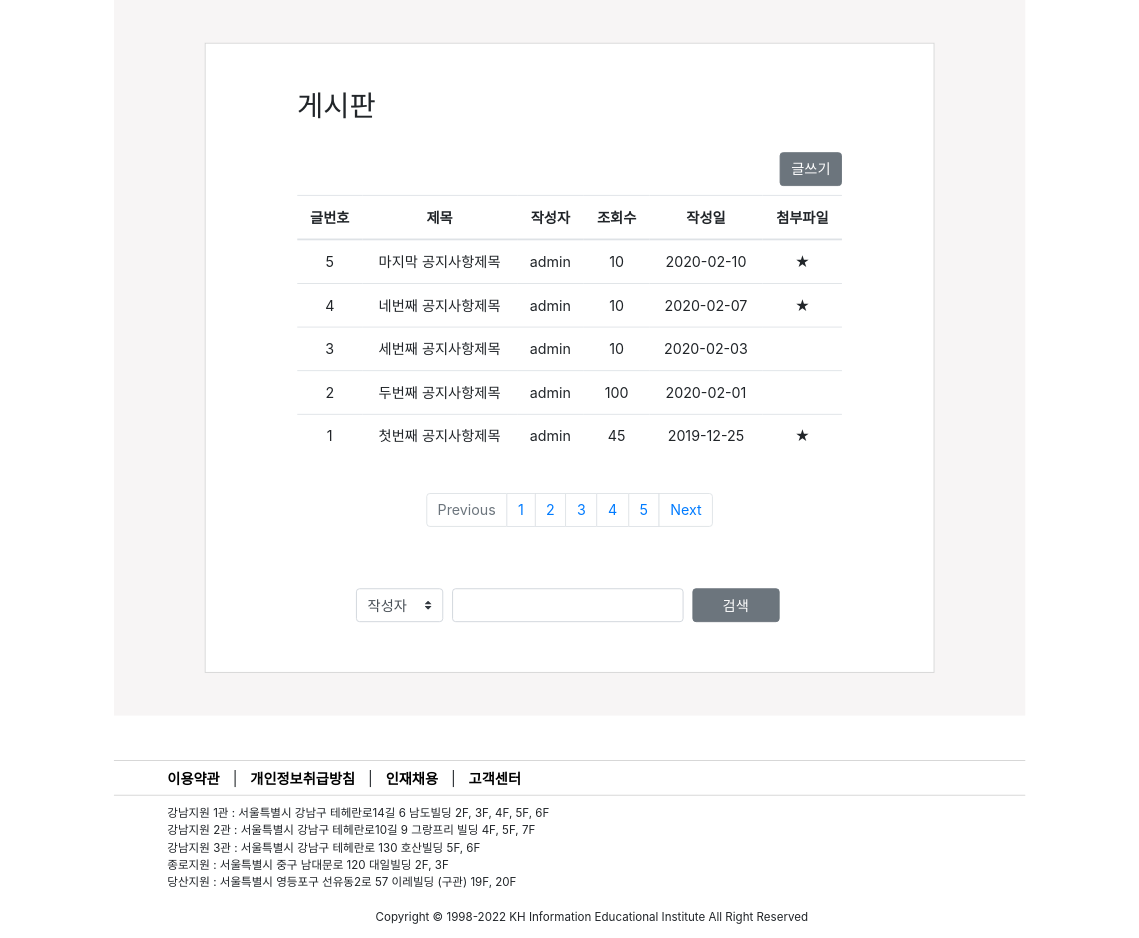
Repository: jsj0345/spring-member-board
Page: http://localhost/springProject/WEB-INF/views/board/boardListView.jsp
These files come from the project's save history. The page is drawn as it stood at one moment and after the next save; the edit follows.
The browser window is 1280 px wide. The pictures show the whole page, at 89% of full size.
Pictures or frames that could not be fetched are drawn as grey boxes. The page is served by Tomcat 9. Nobody is signed in. Other server files are loaded and not shown. The template is opened directly, without the code that normally fills it, so the values that code supplies are empty.

Above is the page before, as saved 2025-12-03 02:16:47.

### springProject/src/main/webapp/WEB-INF/views/board/boardListView.jsp
<%@ page language="java" contentType="text/html; charset=UTF-8"
    pageEncoding="UTF-8"%>
<!DOCTYPE html>
<html lang="en">
<head>
    <meta charset="UTF-8">
    <title>Document</title>
    <script src="https://ajax.googleapis.com/ajax/libs/jquery/3.4.1/jquery.min.js"></script>
    <link rel="stylesheet" href="https://maxcdn.bootstrapcdn.com/bootstrap/4.5.2/css/bootstrap.min.css">
    <script src="https://maxcdn.bootstrapcdn.com/bootstrap/4.5.2/js/bootstrap.min.js"></script>
    <style>
        .content {
            background-color:rgb(247, 245, 245);
            width:80%;
            margin:auto;
        }
        .innerOuter {
            border:1px solid lightgray;
            width:80%;
            margin:auto;
            padding:5% 10%;
            background-color:white;
        }

        #boardList {text-align:center;}
        #boardList>tbody>tr:hover {cursor:pointer;}

        #pagingArea {width:fit-content; margin:auto;}

        #searchForm {
            width:80%;
            margin:auto;
        }
        #searchForm>* {
            float:left;
            margin:5px;
        }
        .select {width:20%;}
        .text {width:53%;}
        .searchBtn {width:20%;}
    </style>
</head>
<body>

    <jsp:include page="" />

    <div class="content">
        <br><br>
        <div class="innerOuter" style="padding:5% 10%;">
            <h2>게시판</h2>
            <br>
            <!-- 로그인 후 상태일 경우만 보여지는 글쓰기 버튼 -->
            <a class="btn btn-secondary" style="float:right;" href="">글쓰기</a>
            <br>
            <br>
            <table id="boardList" class="table table-hover" align="center">
                <thead>
                    <tr>
                        <th>글번호</th>
                        <th>제목</th>
                        <th>작성자</th>
                        <th>조회수</th>
                        <th>작성일</th>
                        <th>첨부파일</th>
                    </tr>
                </thead>
                <tbody>
                    <tr>
                        <td>5</td>
                        <td>마지막 공지사항제목</td>
                        <td>admin</td>
                        <td>10</td>
                        <td>2020-02-10</td>
                        <td>★</td>
                    </tr>
                    <tr>
                        <td>4</td>
                        <td>네번째 공지사항제목</td>
                        <td>admin</td>
                        <td>10</td>
                        <td>2020-02-07</td>
                        <td>★</td>
                    </tr>
                    <tr>
                        <td>3</td>
                        <td>세번째 공지사항제목</td>
                        <td>admin</td>
                        <td>10</td>
                        <td>2020-02-03</td>
                        <td></td>
                    </tr>
                    <tr>
                        <td>2</td>
                        <td>두번째 공지사항제목</td>
                        <td>admin</td>
                        <td>100</td>
                        <td>2020-02-01</td>
                        <td></td>
                    </tr>
                    <tr>
                        <td>1</td>
                        <td>첫번째 공지사항제목</td>
                        <td>admin</td>
                        <td>45</td>
                        <td>2019-12-25</td>
                        <td>★</td>
                    </tr>
                </tbody>
            </table>
            <br>

            <div id="pagingArea">
                <ul class="pagination">
                    <li class="page-item disabled"><a class="page-link" href="#">Previous</a></li>
                    <li class="page-item"><a class="page-link" href="#">1</a></li>
                    <li class="page-item"><a class="page-link" href="#">2</a></li>
                    <li class="page-item"><a class="page-link" href="#">3</a></li>
                    <li class="page-item"><a class="page-link" href="#">4</a></li>
                    <li class="page-item"><a class="page-link" href="#">5</a></li>
                    <li class="page-item"><a class="page-link" href="#">Next</a></li>
                </ul>
            </div>

            <br clear="both"><br>

            <form id="searchForm" action="" method="get" align="center">
                <div class="select">
                    <select class="custom-select" name="condition">
                        <option value="writer">작성자</option>
                        <option value="title">제목</option>
                        <option value="content">내용</option>
                    </select>
                </div>
                <div class="text">
                    <input type="text" class="form-control" name="keyword">
                </div>
                <button type="submit" class="searchBtn btn btn-secondary">검색</button>
            </form>
            <br><br>
        </div>
        <br><br>

    </div>

    <jsp:include page="/WEB-INF/views/common/footer.jsp"/>

</body>
</html>

### springProject/src/main/webapp/WEB-INF/views/common/footer.jsp
<%@ page language="java" contentType="text/html; charset=UTF-8"
    pageEncoding="UTF-8"%>
<!DOCTYPE html>
<html lang="en">
<head>
    <meta charset="UTF-8">
    <title>Document</title>
    <style>
        /* div{border:1px solid red;} */
        #footer {
            width:80%;
            height:200px;
            margin:auto;
            margin-top:50px;
        }
        #footer-1 {
            width:100%;
            height:20%;
            border-top:1px solid lightgray;
            border-bottom:1px solid lightgray;
        }
        #footer-2 {width:100%; height:80%;}
        #footer-1, #footer-2 {padding-left:50px;}
        #footer-1>a {
            text-decoration:none;
            font-weight:600;
            margin:10px;
            line-height:40px;
            color:black;
        }
        #footer-2>p {
            margin:0;
            padding:10px;
            font-size:13px;
        }
        #p2 {text-align:center;}
    </style>
</head>
<body>
    <div id="footer">
        <div id="footer-1">
            <a href="#">이용약관</a> |
            <a href="#">개인정보취급방침</a> |
            <a href="#">인재채용</a> |
            <a href="#">고객센터</a>
        </div>

        <div id="footer-2">
            <p id="p1">
                강남지원 1관 : 서울특별시 강남구 테헤란로14길 6 남도빌딩 2F, 3F, 4F, 5F, 6F <br>
                강남지원 2관 : 서울특별시 강남구 테헤란로10길 9 그랑프리 빌딩 4F, 5F, 7F <br>
                강남지원 3관 : 서울특별시 강남구 테헤란로 130 호산빌딩 5F, 6F <br>
                종로지원 : 서울특별시 중구 남대문로 120 대일빌딩 2F, 3F <br>
                당산지원 : 서울특별시 영등포구 선유동2로 57 이레빌딩 (구관) 19F, 20F
            </p>
            <p id="p2">Copyright © 1998-2022 KH Information Educational Institute All Right Reserved</p>
        </div>
    </div>
</body>
</html>

### springProject/src/main/webapp/WEB-INF/views/common/menubar.jsp
<%@ page language="java" contentType="text/html; charset=UTF-8"
    pageEncoding="UTF-8"%>
<%@ taglib prefix="c" uri="http://java.sun.com/jsp/jstl/core" %>
<!DOCTYPE html>
<html lang="en">
<head>
    <meta charset="UTF-8">
    <title>Document</title>
    <!-- jQuery 라이브러리 -->
    <script src="https://ajax.googleapis.com/ajax/libs/jquery/3.4.1/jquery.min.js"></script>
    <!-- 부트스트랩에서 제공하고 있는 스타일 -->
    <link rel="stylesheet" href="https://maxcdn.bootstrapcdn.com/bootstrap/4.5.2/css/bootstrap.min.css">
    <!-- 부트스트랩에서 제공하고 있는 스크립트 -->
    <script src="https://maxcdn.bootstrapcdn.com/bootstrap/4.5.2/js/bootstrap.min.js"></script>
    <style>
        div {box-sizing:border-box;}
        #header {
            width:80%;
            height:100px;
            padding-top:20px;
            margin:auto;
        }
        #header>div {width:100%; margin-bottom:10px;}
        #header_1 {height:40%;}
        #header_2 {height:60%;}

        #header_1>div{
            height:100%;
            float:left;
        }
        #header_1_left {width:30%; position:relative;}
        #header_1_center {width:40%;}
        #header_1_right {width:30%;}

        #header_1_left>img {height:80%; position:absolute; margin:auto; top:0px; bottom:0px; right:0px; left:0px;}
        #header_1_right {text-align:center; line-height:35px; font-size:12px; text-indent:35px;}
        #header_1_right>a {margin:5px;}
        #header_1_right>a:hover {cursor:pointer;}

        #header_2>ul {width:100%; height:100%; list-style-type:none; margin:auto; padding:0;}
        #header_2>ul>li {float:left; width:25%; height:100%; line-height:55px; text-align:center;}
        #header_2>ul>li a {text-decoration:none; color:black; font-size:18px; font-weight:900;}

        #header_2 {border-top:1px solid lightgray;}

        #header a {text-decoration:none; color:black;}

        /* 세부페이지마다 공통적으로 유지할 style */
        .content {
            background-color:rgb(247, 245, 245);
            width:80%;
            margin:auto;
        }
        .innerOuter {
            border:1px solid lightgray;
            width:80%;
            margin:auto;
            padding:5% 10%;
            background-color:white;
        }

    </style>
</head>
<body>
    <c:if test="${not empty alertMsg}">
       <script>
          alert("${alertMsg}");
       </script>

       <c:remove var="alertMsg"/>

    </c:if>

    <c:set var="contextRoot" value="${pageContext.request.contextPath}"></c:set> <!-- 매번 컨텍스트 루트를 적긴 번거로우니 변수로 지정 -->
    <div id="header">
        <div id="header_1">
            <div id="header_1_left">
                <img src="https://www.iei.or.kr/resources/images/common/top_logo_s.jpg" alt="">
            </div>
            <div id="header_1_center"></div>
            <div id="header_1_right">
                <!-- 로그인 전 -->
               <c:choose>
                 <c:when test="${empty loginMember}">
                    <!-- 회원가입 페이지 이동 및 회원가입 처리 해보기
                         페이지 이동 메소드명 : enrollForm()
                         페이지 이동 매핑주소 : enrollForm.me
                         회원가입 요청 메소드명 : insertMember()
                         회원가입 요청 매핑주소 : insert.me

                         회원가입 처리시 나이를 꼭 입력할것 만약 입력하지 않은 경우 나는 400번 오류를
                         해결할 방법도 생각해보기

                         회원가입 성공시 : 메인페이지로 이동(재요청) 및 회원가입 성공! 메시지 alert 띄우기
                         회원가입 실패시 : 에러페이지로 이동(재요청) 및 회원가입 실패! 메시지 h1요소에 띄우기
                     -->

                	<a href="${contextRoot}/enrollForm.me">회원가입</a>
                	<a data-toggle="modal" data-target="#loginModal">로그인</a> <!-- 모달의 원리 : 이 버튼 클릭시 data-targer에 제시되어있는 해당 아이디의 div요소를 띄워줌 -->
                 </c:when>
                 <c:otherwise>
                 <!-- 로그인 후  -->
                    <lable>${loginMember.userName}님 환영합니다</label> &nbsp;&nbsp;
                    <a href="${contextRoot}/mypage.me">마이페이지</a>
                    <!-- 마이페이지 이동하기 -->
                    <a href="${contextRoot}/logout.me">로그아웃</a>
                    <!-- 로그아웃 처리 하기 메소드명 logout() / 매핑주소: logout.me / 처리 후 이전 경로로 이동되도록 처리하기 -->


                 </c:otherwise>
               </c:choose>
            </div>
        </div>
        <div id="header_2">
            <ul>
                <li><a href="${contextRoot}">HOME</a></li>
                <li><a href="">공지사항</a></li>
                <li><a href="">자유게시판</a></li>
                <li><a href="">사진게시판</a></li>
            </ul>
        </div>
    </div>

    <!-- 로그인 클릭 시 뜨는 모달 (기존에는 안보이다가 위의 a 클릭 시 보임) -->
    <div class="modal fade" id="loginModal">
        <div class="modal-dialog modal-sm">
            <div class="modal-content">
                <!-- Modal Header -->
                <div class="modal-header">
                    <h4 class="modal-title">Login</h4>
                    <button type="button" class="close" data-dismiss="modal">&times;</button>
                </div>

                <form action="${contextRoot}/login.me" method="post"> <!-- 쿼리스트링 노출 X (post 메서드) -->
                    <!-- Modal body -->
                    <div class="modal-body">
                        <label for="userId" class="mr-sm-2">ID : </label>
                        <input type="text" class="form-control mb-2 mr-sm-2" placeholder="Enter ID" id="userId" name="userId"> <br>
                        <label for="userPwd" class="mr-sm-2">Password : </label>
                        <input type="password" class="form-control mb-2 mr-sm-2" placeholder="Enter Password" id="userPwd" name="userPwd">
                    </div>

                    <!-- Modal footer -->
                    <div class="modal-footer">
                        <button type="submit" class="btn btn-primary">로그인</button> <!-- 로그인 버튼을 눌렀을때 form태그 post 방식 작동함. -->
                        <button type="button" class="btn btn-danger" data-dismiss="modal">취소</button>
                    </div>
                </form>
            </div>
        </div>

    </div>

    <br clear="both">
</body>
</html>

After the next save:
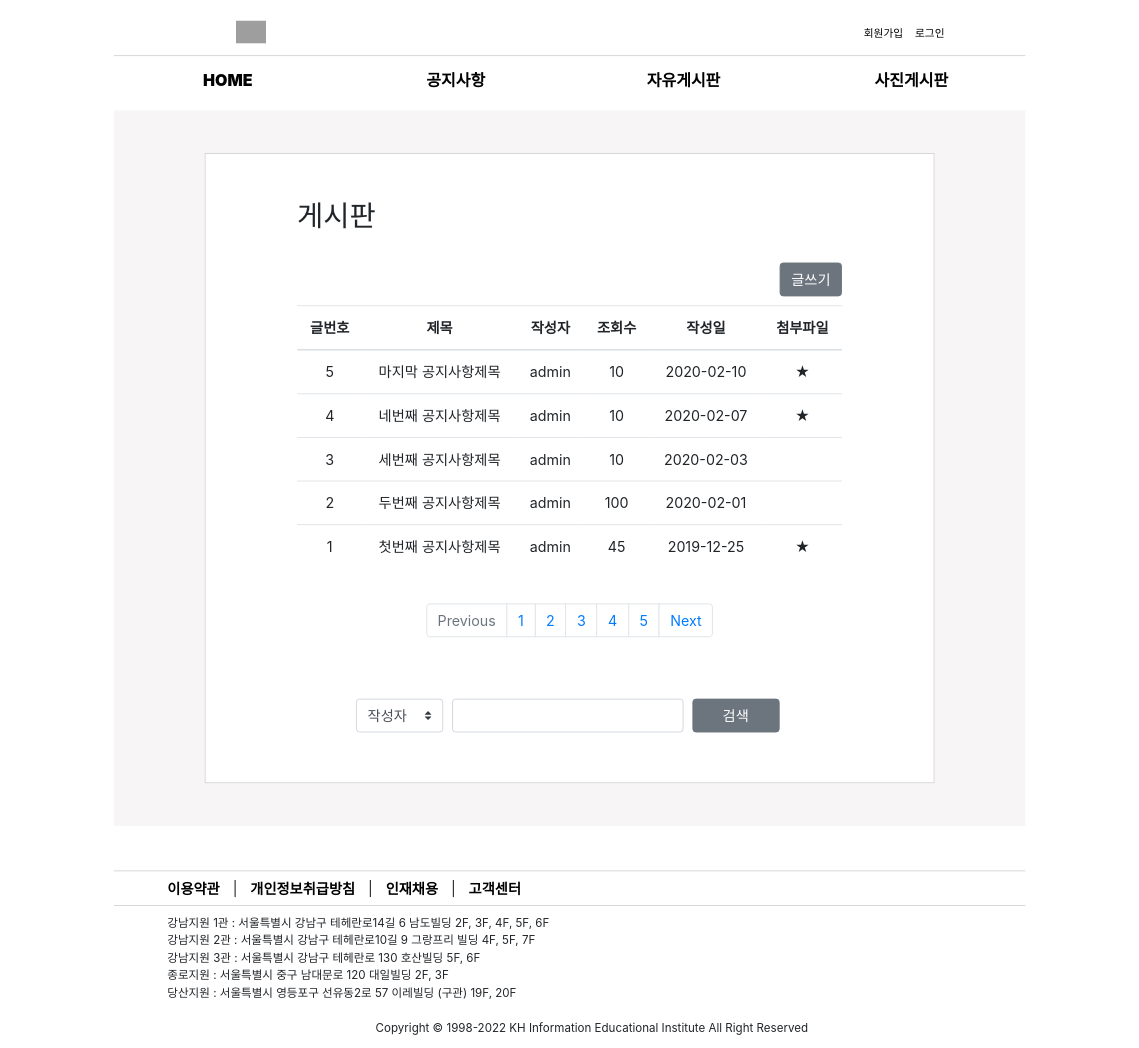
Saved 20 s later.
--- a/springProject/src/main/webapp/WEB-INF/views/board/boardListView.jsp
+++ b/springProject/src/main/webapp/WEB-INF/views/board/boardListView.jsp
@@ -42,7 +42,7 @@
 </head>
 <body>
 
-    <jsp:include page="" />
+    <%@ include file="/WEB-INF/views/common/menubar.jsp"%>
 
     <div class="content">
         <br><br>
